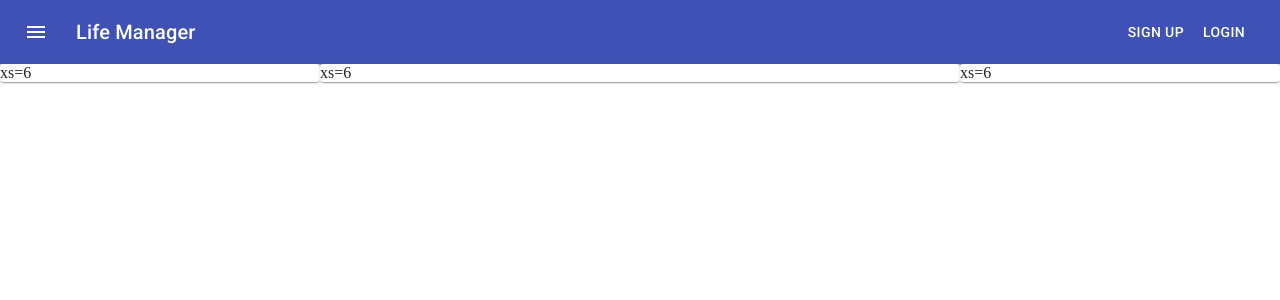
Repository: DaNiels89/lifemanagerreact
Page: /about
These files come from the project's save history. The page is drawn as it stood at one moment and after the next save; the edit follows.
The browser window is 1280 px wide. The pictures show the whole page.
The project was rebuilt for these pictures with package versions that can differ from the ones it lists, and the page was loaded fresh each time.

Above is the page before, as saved 2020-03-13 14:49:32.

After the next save:
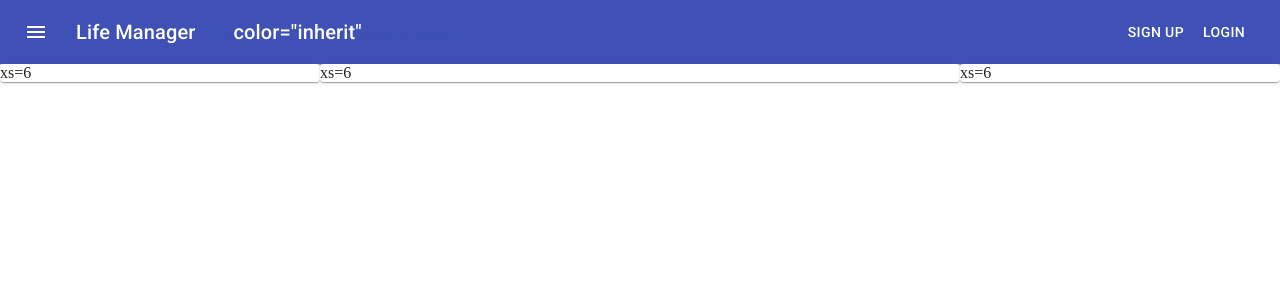
Saved 64 s later.
--- a/src/components/layout/Header.js
+++ b/src/components/layout/Header.js
@@ -38,6 +38,15 @@ export default function Header() {
           </IconButton>
           <Typography variant="h6" className={classes.title}>
             Life Manager
+            <Link href="#" onClick={preventDefault}>
+              Link
+            </Link>
+            <Link href="#" onClick={preventDefault} color="inherit">
+              {'color="inherit"'}
+            </Link>
+            <Link href="#" onClick={preventDefault} variant="body2">
+              {'variant="body2"'}
+            </Link>
           </Typography>
           <Button color="inherit">Sign up</Button>
           <Button color="inherit">Login</Button>
